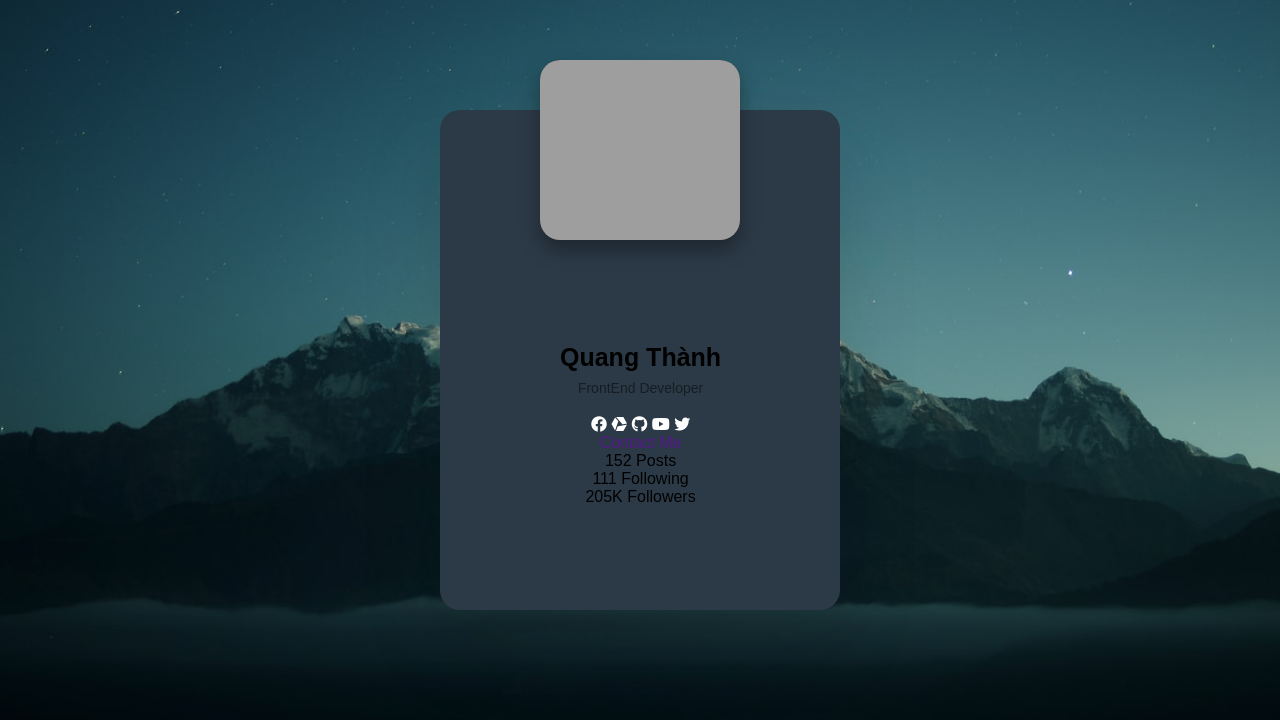
Repository: QuangThanh152/Profile-me
Page: index.html
These files come from the project's save history. The page is drawn as it stood at one moment and after the next save; the edit follows.
The browser window is 1280 px wide. The pictures show the whole page.
Pictures or frames that could not be fetched are drawn as grey boxes.

Above is the page before, as saved 2022-10-07 15:22:07.

### index.html
<!DOCTYPE html>
<html lang="en">
<head>
    <meta charset="UTF-8">
    <meta http-equiv="X-UA-Compatible" content="IE=edge">
    <meta name="viewport" content="width=device-width, initial-scale=1.0">
    <link rel="stylesheet" href="./accets/font/fontawesome-free-6.1.2-web/css/all.min.css">
    <link rel="stylesheet" href="./accets/main.css">
    <title>Profile-QT</title>
</head>
<body>
    <div class="card">
        <div class="card-header">
            <img src="./accets/img/IMG_20220202_135645.jpg" alt="" class="img-me">
        </div>
        <div class="content">
            <div class="name">Quang Thành</div>
            <div class="desc">FrontEnd Developer</div>
            <div class="SocialNetwork">
                <a href="" class="icon"><i class="fa-brands fa-facebook"></i></a>
                <a href="" class="icon"><i class="fa-brands fa-instalod"></i></i></a>
                <a href="" class="icon"><i class="fa-brands fa-github"></i></i></a>
                <a href="" class="icon"><i class="fa-brands fa-youtube"></i></i></a>
                <a href="" class="icon"><i class="fa-brands fa-twitter"></i></i></a>
            </div>
            <a href="" class="btn-contact">Contact Me</a>
            <div class="card-footer">
                <div class="number">
                    <div class="item">
                        <span>152</span>
                        Posts
                    </div>
                </div>
                <div class="number">
                    <div class="item">
                        <span>111</span>
                        Following
                    </div>
                </div>
                <div class="number">
                    <div class="item">
                        <span>205K</span>
                        Followers
                    </div>
                </div>
            </div>
        </div>
    </div>
</body>
</html>

### accets/main.css
* {
    padding: 0;
    margin: 0;
    box-sizing: border-box;
    font-family: 'Poppins', sans-serif;
    text-decoration: none;
}

body {
    min-height: 100vh;
    background: url(/accets/img/img-big.jpg) no-repeat center;
    background-size: cover;
    display: flex;
    justify-content: center;
    align-items: center;
}

.card {
    position: relative;
    width: 400px;
    /* height: 190px; */
    height: 500px;
    border-radius: 20px;
    background: #2c3a47;
    transition: 0.2s;
    box-shadow: 0 35px 80px rgba(0,0,0,0.15);
}
.card:hover {
    height: 500px;
}
.card-header {
    position: absolute;
    background: rgb(21, 19, 19);
    left: 50%;
    top: -50px;
    transform: translateX(-50%);
    width: 200px;
    height: 180px;
    border-radius: 20px;
    box-shadow: 0 10px 20px rgba(0,0,0,0.35);
    overflow: hidden;
    transition: 0.3s;
}
.card:hover .card-header {
    width: 250px;
    height: 250px;
    transition: 0.2s;
}
.img-me {
    position: absolute;
    top: 0;
    left: 0;
    width: 100%;
    height: 100%;
    object-fit: cover;
}
.content {
    position: absolute;
    top: 45%;
    text-align: center;
    align-items: center;
    left: 28%;
}
.name {
    font-size: 25px;
    font-weight: 600;
    padding: 8px;
}
.desc {
    font-size: 14px;
    opacity: .5;
    padding: 0 0 20px 0;
    /* color: #e66767; */
}

.SocialNetwork a{
    color: white;
}

Loaded but not shown: accets/font/fontawesome-free-6.1.2-web/css/all.min.css (library)

After the next save:
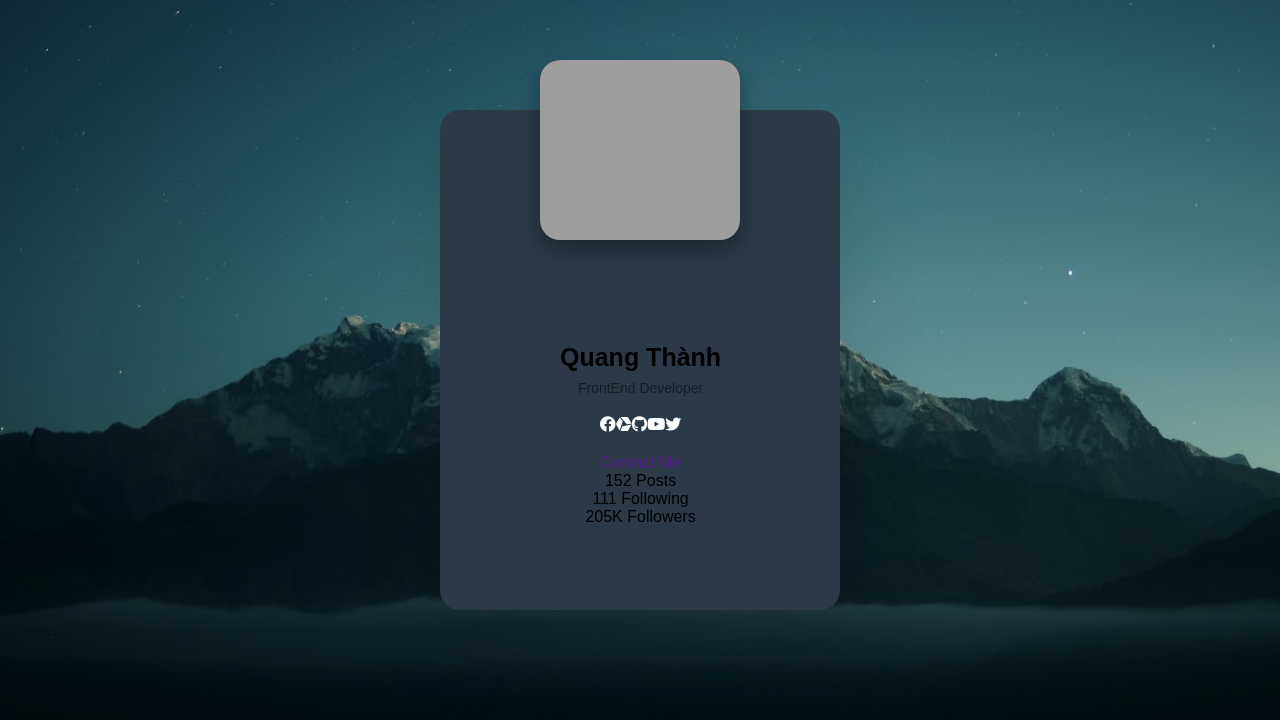
Saved 2 min 20 s later.
--- a/accets/main.css
+++ b/accets/main.css
@@ -72,7 +72,11 @@ body {
     padding: 0 0 20px 0;
     /* color: #e66767; */
 }
-
+.SocialNetwork {
+    display: flex;
+    justify-content: center;
+    margin: 0 0 20px 0;
+}
 .SocialNetwork a{
     color: white;
 }
